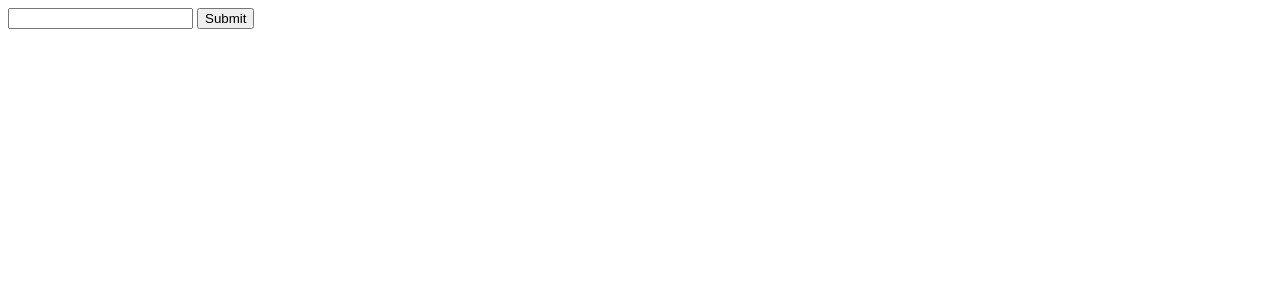
Repository: PhMandar/eclipse_oxy_ws
Page: SimpleServletProject/WebContent/SimpleForm.html
An editor plug-in stored every save of this project. The page is shown before and after the next save, followed by the edit.
The browser window is 1280 px wide. The pictures show the whole page.

Above is the page before, as saved 2017-12-07 03:40:34.

After the next save:
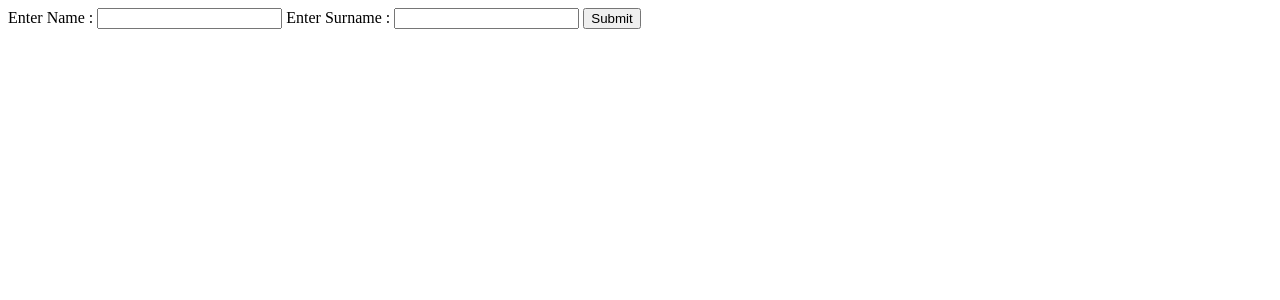
Saved 9 s later.
--- a/SimpleServletProject/WebContent/SimpleForm.html
+++ b/SimpleServletProject/WebContent/SimpleForm.html
@@ -6,7 +6,9 @@
 </head>
 <body>
 	<form method="post" action="SimpleServletTestURL">
-		<input name="userName"/>
+		Enter Name : <input name="userName"/>
+		Enter Surname : <input name="surName"/>
+
 		<input type="submit"/>
 	</form>
 </body>
